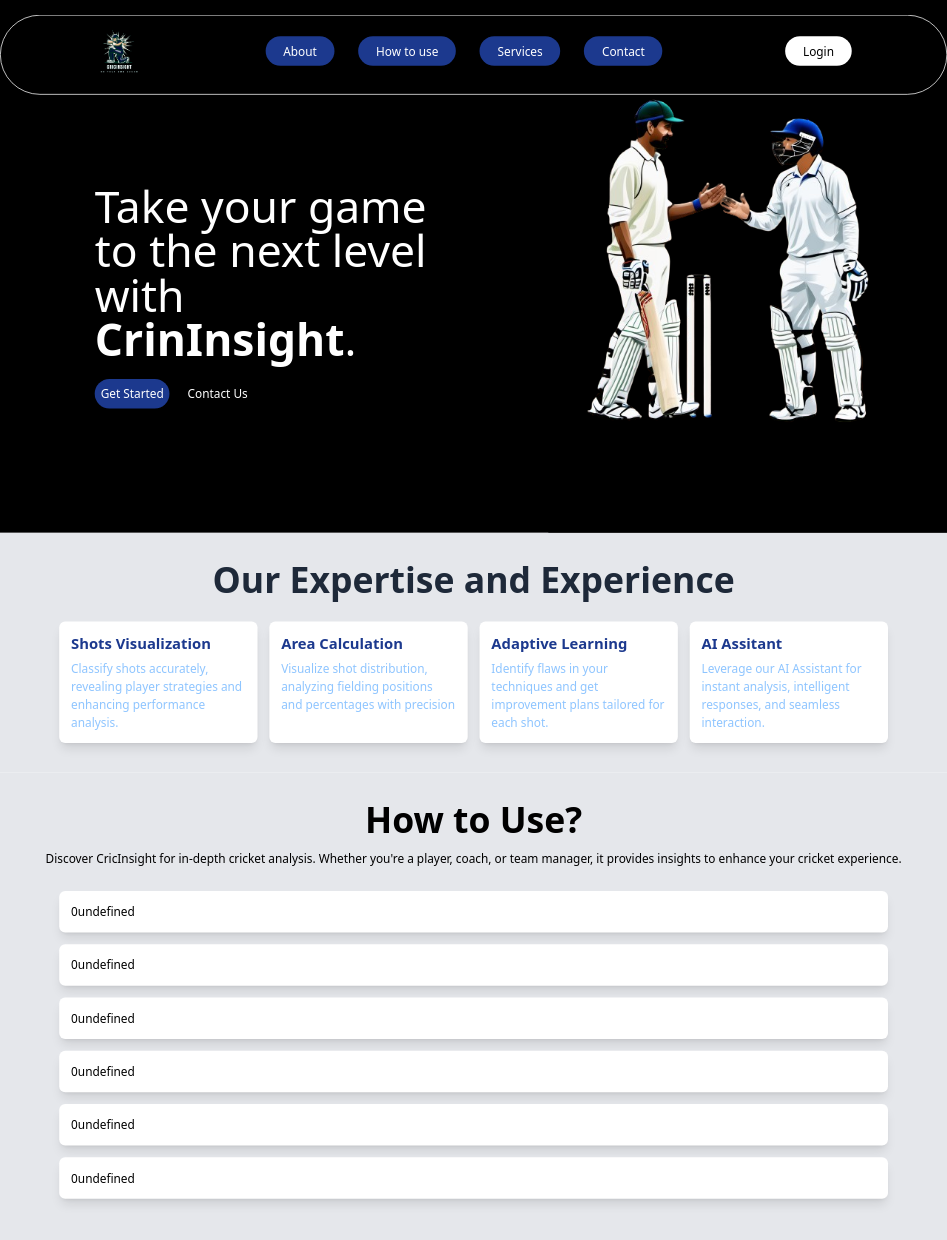
Repository: ahsanfawadaf/cricket
Page: /
The author's editor kept a copy of each file at every save. The page is drawn from the files as they stood at one save, then again after the next save.
The browser window is 1280 px wide. The pictures show the whole page, at 74% of full size.
The project was rebuilt for these pictures with package versions that can differ from the ones it lists, and the page was loaded fresh each time. Also part of the build but not shown: vite.config.js.

Above is the page before, as saved 2025-09-17 12:14:27.

After the next save:
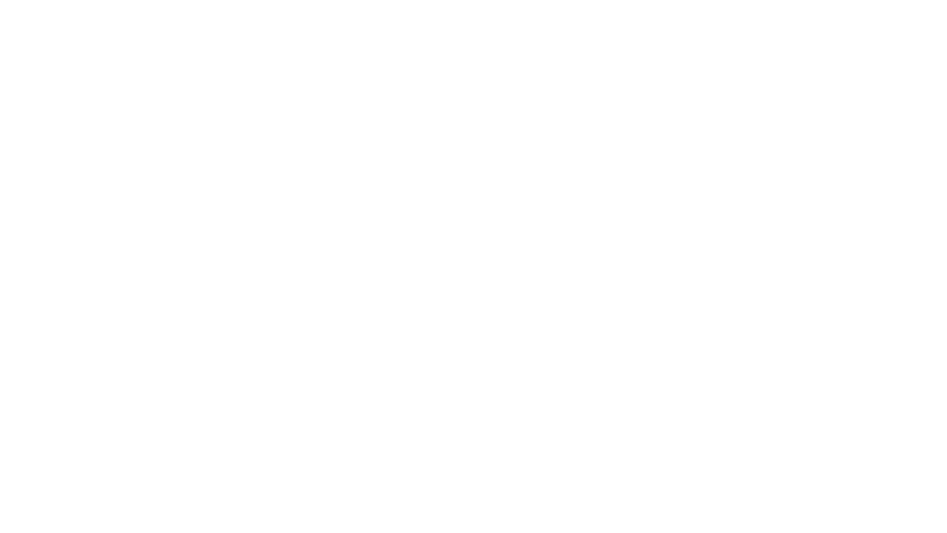
Console error: ReferenceError: card is not defined
Saved 8 s later.
--- a/src/components/Howtouse.jsx
+++ b/src/components/Howtouse.jsx
@@ -50,7 +50,7 @@
 
            <h3>{`0${cards.id}`}</h3>
 
-           <h4>{}</h4>
+           <h4>{card}</h4>
 
 
 

After the save that followed:
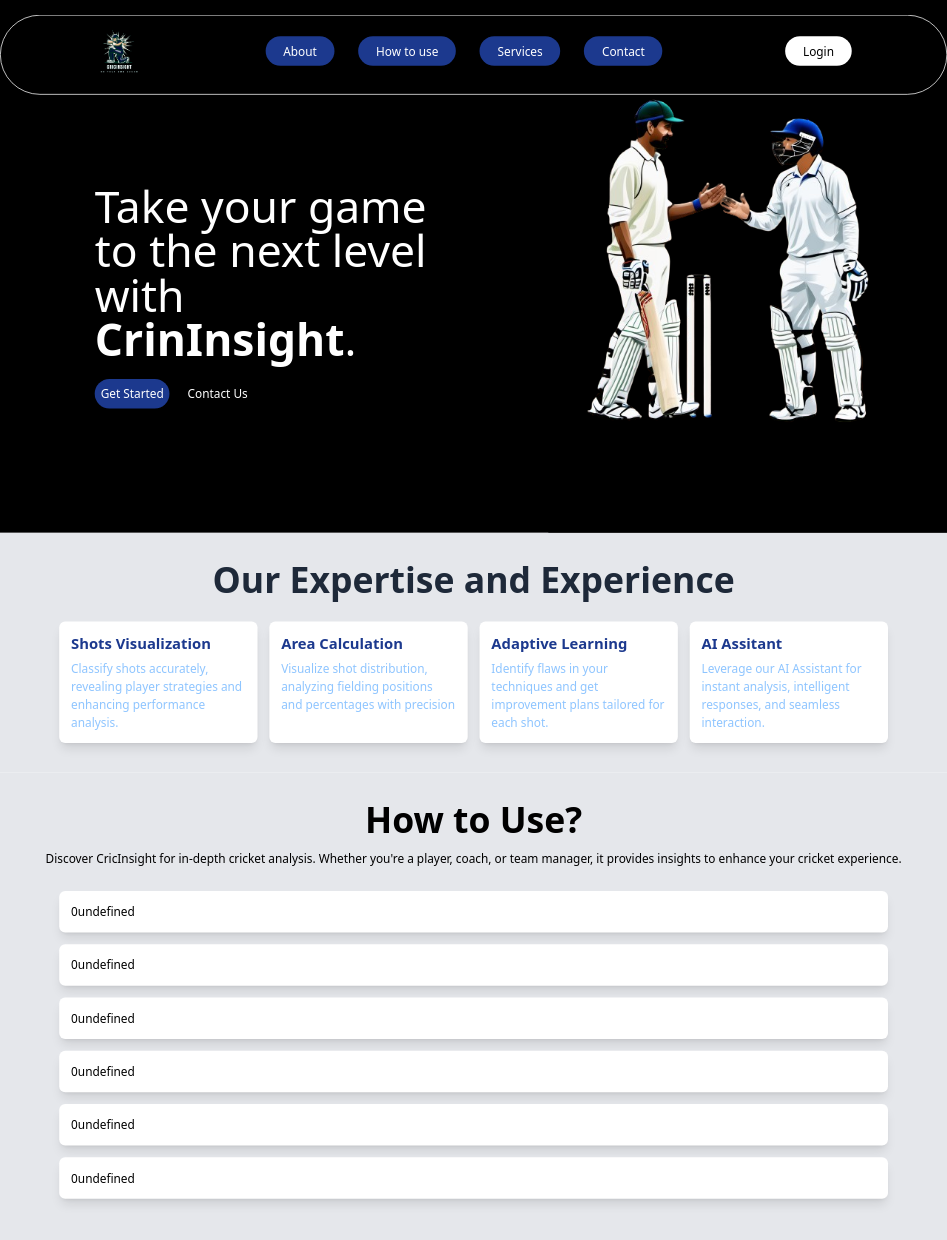
The error is gone.
Saved 14 s later.
--- a/src/components/Howtouse.jsx
+++ b/src/components/Howtouse.jsx
@@ -50,7 +50,7 @@
 
            <h3>{`0${cards.id}`}</h3>
 
-           <h4>{card}</h4>
+           <h4>{cards.title}</h4>
 
 
 
